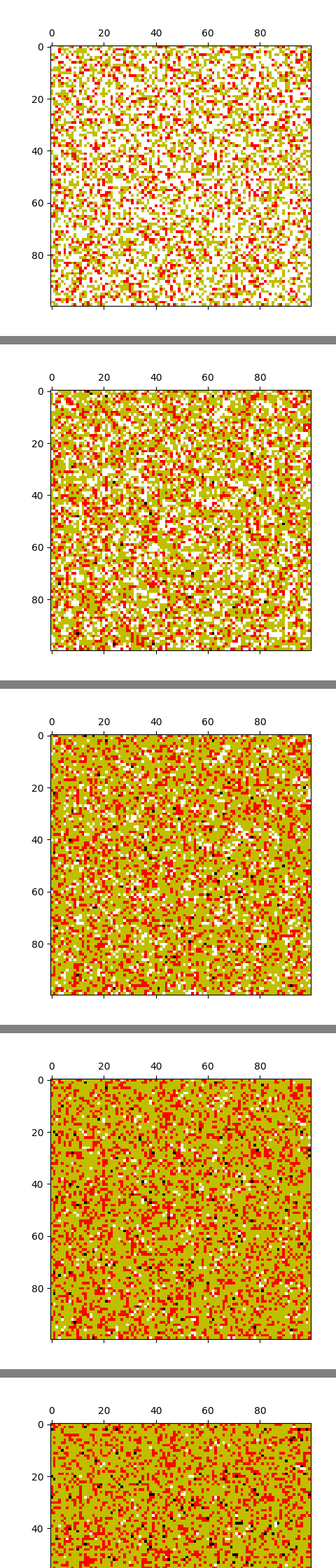
Repository: eduardodut/Trabalho_final_estatistica_cd
Script's output: python src/Simulador.py
The author's editor kept a copy of each file at every save. The script's output is drawn from the files as they stood at one save, then again after a run of saves.
The pictures show rows 0 to 2240 of an output 3924 px tall, at 70% of full size.
Each picture stacks the figures in order, with grey between them; figures that are only written to a file come last. The script is stopped after its 8th figure. Random numbers start from a fixed seed.

Above is the script's output before, as saved 2020-07-12 15:46:25.

### src/Simulador.py
import pandas as pd
import numpy as np
from Matriz_esferica import Matriz_esferica
from Individuo import Individuo, Fabrica_individuo
import random
from itertools import permutations
import matplotlib.pyplot as plt
from matplotlib.colors import ListedColormap
from scipy.sparse import csr_matrix, lil_matrix




class Simulador():
    SADIO = 0
    INFECTADO_TIPO_1 = 1 #assintomáticos e o infectado inicial
    INFECTADO_TIPO_2 = 2 #sintomático
    CURADO = 3
    MORTO = 4

    def __init__(
        self,
        tamanho_matriz,                 #numero de linhas e colunas da matriz esférica
        percentual_inicial_tipo1,       #percentual inicial da população que será infectada tipo 1
        percentual_inicial_tipo2,       #percentual inicial da população que será infectada tipo 2
        chance_infeccao,                #chance que um infectado tipo 2 tem de infectar um indivíduo saudável
        chance_infeccao_tipo2,          #chance de um indivíduo infectado se tornar contagioso
        chance_morte,                   #chance de um indivíduo tipo 2 morrer ao fim de uma atualização
        atualizacoes_cura):             #número de atualizações necessárias para a cura de um indivíduo tipo 1 ou 2

        self.num_atualizacoes = 0
        self.lista_infectados_tipo_2 = []
        self.lista_infectados_tipo_1 = []
        self.num_curados = 0
        self.num_mortos = 0

        self.chance_infeccao = chance_infeccao
        self.chance_infeccao_tipo2 = chance_infeccao_tipo2
        self.chance_morte = chance_morte
        self.atualizacoes_cura = atualizacoes_cura

        self.populacao_inicial = int(tamanho_matriz**2)
        self.num_inicial_tipo2 = int(self.populacao_inicial * percentual_inicial_tipo2)
        self.num_inicial_tipo1 = 1 + int(self.populacao_inicial * percentual_inicial_tipo1)
        self.num_inicial_sadios = self.populacao_inicial - (self.num_inicial_tipo2 + self.num_inicial_tipo1)

        self.matriz_status =lil_matrix((tamanho_matriz, tamanho_matriz),dtype= np.uint8) # np.zeros((tamanho_matriz, tamanho_matriz),dtype= np.uint8)#
        self.matriz_atualizacoes_cura = lil_matrix((tamanho_matriz, tamanho_matriz),dtype= np.uint8)#np.zeros((tamanho_matriz, tamanho_matriz),dtype= np.uint8)#



        #self.matriz_status = self.df_individuos.to_numpy()
        self.popular(tamanho_matriz)

        self.lista_matrizes_status = []


        #objeto que é responsável por validar a movimentação no grid n x n
        self.matriz_esferica = Matriz_esferica(tamanho_matriz)




        dict = {
                'num_sadios':self.num_inicial_sadios,
                'num_infect_t1':self.num_inicial_tipo1,
                'num_infect_t2':self.num_inicial_tipo2,
                'num_curados':0,
                'num_mortos':0}



        #dataframe que guardará os resultados de cada atualização
        self.dataframe = pd.DataFrame(dict,index = [0])
        self.salvar_posicionamento()


    def criar_individuo(self, status, posicao):

        self.matriz_status[posicao[0], posicao[1]] = status
        if status == self.INFECTADO_TIPO_1 or status == self.INFECTADO_TIPO_2:
            self.matriz_atualizacoes_cura[posicao[0], posicao[1]] = self.atualizacoes_cura
        else:
            self.matriz_atualizacoes_cura[posicao[0], posicao[1]] = 0


    def salvar_posicionamento(self):

        self.lista_matrizes_status.append(self.matriz_status)


    def verificar_infeccao(self, lista_infectantes):
        lista_novos_infectados_tipo1 = []
        lista_novos_infectados_tipo2 = []
        #itera sobre sobre a lista de individuos que infectam e cada um realiza a tividade de infectar
        for indice_infectante in lista_infectantes:

            #busca os vizinhos do infectante atual
            lista_vizinhos = self.matriz_esferica.get_vizinhos(indice_infectante)

            #Para cada vizinho, se ele for sadio, é gerado um número aleatório para verificar se foi infectado
            for indice_vizinho in lista_vizinhos:

                #verificação de SADIO
                if self.verifica_status(indice_vizinho) == self.SADIO:
                    #verificação do novo status
                    novo_status = self.infectar(chance_infeccao, chance_infeccao_tipo2)
                    #se for um infectado tipo 1
                    if novo_status == Individuo.INFECTADO_TIPO_1:
                        #adiciona na lista de novos tipo 1
                        lista_novos_infectados_tipo1.append(indice_vizinho)
                    if novo_status == Individuo.INFECTADO_TIPO_2:
                        #adiciona na lista de novos tipo 2
                        lista_novos_infectados_tipo2.append(indice_vizinho)


        return lista_novos_infectados_tipo1, lista_novos_infectados_tipo2

    def checagem_morte_individual(self, chance_morte):
        rng_morte = random.random()
        if rng_morte <= chance_morte:

            return self.MORTO
        else:
            return self.INFECTADO_TIPO_2

    def checar_cura_individual(self, indice):

        self.matriz_atualizacoes_cura[indice[0], indice[1]] = self.matriz_atualizacoes_cura[indice[0], indice[1]] - 1
        if self.matriz_atualizacoes_cura[indice[0], indice[1]] == 0:
            return self.CURADO
        else:
            return self.matriz_status[indice[0], indice[1]]

    def checagem_morte_lista(self, lista_infectantes):
        lista_mortos = []
        for indice_infectante in lista_infectantes:
            novo_status = self.checagem_morte_individual(self.chance_morte)
            if novo_status == Individuo.MORTO:
                lista_mortos.append(indice_infectante)
        return lista_mortos


    def checagem_cura_lista(self, lista_infectantes):
        lista_curados = []
        for indice_infectante in lista_infectantes:
            novo_status = self.checar_cura_individual(indice_infectante)
            if novo_status == Individuo.CURADO:
                lista_curados.append(indice_infectante)

        return lista_curados




    def iterar(self):

        #Verifica os novos infectados por infectantes do tipo 1 e 2
        #print(self.lista_infectados_tipo_1+self.lista_infectados_tipo_2)
        lista_novos_infectados_tipo1, lista_novos_infectados_tipo2 = self.verificar_infeccao(self.lista_infectados_tipo_1+self.lista_infectados_tipo_2)

        for indice in lista_novos_infectados_tipo1:
            self.criar_individuo(self.INFECTADO_TIPO_1, indice)
        for indice in lista_novos_infectados_tipo2:
            self.criar_individuo(self.INFECTADO_TIPO_2, indice)


        #Verifica morte dos infectados tipo 2
        lista_mortos = self.checagem_morte_lista(self.lista_infectados_tipo_2)
        #retira os indices dos individuos mortos da lista de infectados
        self.lista_infectados_tipo_2 = [indice for indice in self.lista_infectados_tipo_2 if indice not in lista_mortos]
        #Instancia individuos mortos na matriz
        for indice in lista_mortos:
            self.criar_individuo(self.MORTO, indice)
        #atualiza o número de mortos na matriz
        #self.num_mortos = self.num_mortos + len(lista_mortos)

        #Verifica cura dos infectados tipo 1
        lista_curados_t1 = self.checagem_cura_lista(self.lista_infectados_tipo_1)

        #Verifica cura dos infectados tipo 2
        lista_curados_t2 = self.checagem_cura_lista(self.lista_infectados_tipo_2 )

        #Instancia individuos mortos na matriz
        for indice in lista_curados_t1+lista_curados_t2:
            self.criar_individuo(self.CURADO, indice)

        #atualiza o número de curados na matriz
        #self.num_curados = self.num_curados + len(lista_curados_t1 + lista_curados_t2)


        #Atualiza a lista de infectados após a cura dos individuos
        self.lista_infectados_tipo_1 = [indice for indice in self.lista_infectados_tipo_1 if indice not in lista_curados_t1]
        self.lista_infectados_tipo_2 = [indice for indice in self.lista_infectados_tipo_2 if indice not in lista_curados_t2]

        #movimentação
        for indice in self.lista_infectados_tipo_1+self.lista_infectados_tipo_2:
            self.mover_infectante(indice)


        self.lista_infectados_tipo_1 = []
        self.lista_infectados_tipo_2 = []
        # matriz_infectantes = self.matriz_status[self.matriz_status > 0]
        # matriz_infectantes = matriz_infectantes[matriz_infectantes < 3]
        indices_nao_sadios = zip(*self.matriz_status.nonzero())
        self.num_curados = 0
        self.num_mortos = 0
        for indice in indices_nao_sadios:

            status = self.matriz_status[indice[0], indice[1]]
            if status == self.INFECTADO_TIPO_1:
                self.lista_infectados_tipo_1.append(indice)
            if status == self.INFECTADO_TIPO_2:
                self.lista_infectados_tipo_2.append(indice)
            if status == self.CURADO:
                self.num_curados +=1
            if status == self.MORTO:
                self.num_mortos +=1



        dict = {'num_sadios': self.populacao_inicial - len(self.lista_infectados_tipo_1) -len(self.lista_infectados_tipo_2) -self.num_curados-self.num_mortos,
                'num_infect_t1': len(self.lista_infectados_tipo_1),
                'num_infect_t2': len(self.lista_infectados_tipo_2),
                'num_curados': self.num_curados,
                'num_mortos': self.num_mortos}

        self.dataframe = self.dataframe.append(dict, ignore_index=True)

        self.salvar_posicionamento()

        #adiciona 1 ao número de atualizações realizadas na matriz
        self.num_atualizacoes +=1

    def infectar(self, chance_infeccao, chance_infeccao_tipo2):
        saida = Individuo.SADIO

        #número aleatório para chance de infectar o vizinho
        rng_infeccao = random.random()
        if rng_infeccao <= chance_infeccao:
            #número aleatório para chance de infecção tipo 1 ou 2
            rng_infeccao_tipo2 = random.random()
            if rng_infeccao_tipo2 <= chance_infeccao_tipo2:
                saida = Individuo.INFECTADO_TIPO_2
            else:
                saida = Individuo.INFECTADO_TIPO_1
        return saida

    def popular(self, tamanho_matriz):

        #lista de possíveis combinações de índices da matriz de dados
        permutacoes = permutations(list(range(tamanho_matriz)),2)
        #conversão para lista de tuplas(x,y)
        lista_indices = list(permutacoes)
        #embaralhamento dos índices
        random.shuffle(lista_indices)

        #cria o primeiro tipo1:
        indice = lista_indices.pop()
        self.criar_individuo(Individuo.INFECTADO_TIPO_1, indice)
        self.lista_infectados_tipo_1.append(indice)
        #cria o restante dos tipos 1
        for i in range(self.num_inicial_tipo1-1):
            indice = lista_indices.pop()
            self.criar_individuo(Individuo.INFECTADO_TIPO_1,indice)
            self.lista_infectados_tipo_1.append(indice)
        #cria o restante dos tipo 2:
        for indice in range(self.num_inicial_tipo2):
            indice = lista_indices.pop()
            self.criar_individuo(Individuo.INFECTADO_TIPO_2,indice)
            self.lista_infectados_tipo_2.append(indice)

    def trocar(self,matriz,ponto_ini,ponto_final):
        x_ini = ponto_ini[0]
        y_ini = ponto_ini[1]
        x_fin = ponto_final[0]
        y_fin = ponto_final[1]

        aux = matriz[x_fin,y_fin]
        matriz[x_fin,y_fin] = matriz[x_ini,y_ini]
        matriz[x_ini,y_ini] = aux


    def verifica_status(self, indice):
        return self.matriz_status[indice[0], indice[1]]

    def mover_infectante(self, posicao_inicial):
        pos_x, pos_y = posicao_inicial[0], posicao_inicial[1]
        rng_posicao = random.random()
        if rng_posicao <=0.25:
            #move pra cima
            pos_x -= 1
        elif rng_posicao <=0.5:
            #move pra baixo
            pos_x += 1
        elif rng_posicao <=0.75:
            #move para esquerda
            pos_y -= 1
        else:
            #move para direita
            pos_y += 1

        posicao_final= self.matriz_esferica.valida_ponto_matriz(pos_x, pos_y)


        self.trocar(self.matriz_status, posicao_inicial, posicao_final)
        self.trocar(self.matriz_atualizacoes_cura, posicao_inicial, posicao_final)
        return posicao_final






chance_infeccao = 0.3
chance_infeccao_tipo2 = 0.2
chance_morte = 0.02
atualizacoes_cura = 10
percentual_inicial_tipo1 = random.random()
percentual_inicial_tipo2 = random.random()
print("% inicial t1: ",percentual_inicial_tipo1)
print("% inicial t2: ",percentual_inicial_tipo2)

sim = Simulador(
    100,
    percentual_inicial_tipo1,
    percentual_inicial_tipo2,
    chance_infeccao,
    chance_infeccao_tipo2,
    chance_morte,atualizacoes_cura)

#print(sim.lista_matrizes_posicionamento[0])
#print(sim.lista_infectados_tipo_2)
#print(sim.lista_infectados_tipo_1)
cmap = ListedColormap(['w', 'y', 'r', 'blue', 'black'])


while (sim.dataframe.iloc[-1]['num_infect_t1']+sim.dataframe.iloc[-1]['num_infect_t2']) > 0:
    plt.matshow(sim.matriz_status.toarray(), cmap = cmap, vmin= 0, vmax = 4)
 #   print(sim.dataframe.iloc[-1])
    sim.iterar()
    #print(sim.dataframe.iloc[-1])
    #print("xxxxxxxxxxxxxxxxxTipo: ",type(sim.lista_matrizes_posicionamento[len(sim.lista_matrizes_posicionamento)-1].toarray()))
plt.matshow(sim.matriz_status.toarray(), cmap = cmap, vmin= 0, vmax = 4)
print(sim.dataframe)
plt.show()
# for i in range(30):
#     #plt.matshow(sim.lista_matrizes_status[i].toarray(), cmap = cmap, vmin= 0, vmax = 4)
#     sim.iterar()
# print(sim.dataframe)
# plt.show()

### src/Matriz_esferica.py

import random

class Matriz_esferica():

    def __init__(self, tamanho):
        self.tamanho = tamanho

    def get_vizinho_esquerda(self, indice_x: int, indice_y: int):
        return self.checa_limite_matriz(indice_x), self.checa_limite_matriz(indice_y -1)

    def get_vizinho_direita(self, indice_x: int, indice_y: int):
        return self.checa_limite_matriz(indice_x), self.checa_limite_matriz(indice_y + 1)

    def get_vizinho_cima(self, indice_x: int, indice_y: int):
        return self.checa_limite_matriz(indice_x - 1), self.checa_limite_matriz(indice_y)

    def get_vizinho_baixo(self, indice_x: int, indice_y: int):
        return self.checa_limite_matriz(indice_x + 1), self.checa_limite_matriz(indice_y)

    def get_vizinhos(self, indice):
        indice_x = indice[0]
        indice_y = indice[1]
        return self.get_vizinho_cima(indice_x,indice_y), self.get_vizinho_baixo(indice_x,indice_y),  self.get_vizinho_esquerda(indice_x,indice_y), self.get_vizinho_direita(indice_x,indice_y)

    def checa_limite_matriz(self, indice):

        if indice < 0:
            return self.tamanho + indice
        elif indice > self.tamanho - 1:
            return indice - self.tamanho
        else:
            return indice

    def valida_ponto_matriz(self, indice_x: int, indice_y: int):

        return self.checa_limite_matriz(indice_x), self.checa_limite_matriz(indice_y)

    #devolve um ponto aleatório vizinho da matriz a partir do ponto especificado em uma das 8 direções
    def passo(self, indice_x: int, indice_y: int, tamanho_max_passo: int):

        passo_x = tamanho_max_passo if random.random() >=0.5 else -tamanho_max_passo
        passo_y = tamanho_max_passo if random.random() >=0.5 else -tamanho_max_passo
        return self.checa_limite_matriz(indice_x + passo_x), self.checa_limite_matriz(indice_y + passo_y)

### src/Individuo.py
import random

class Individuo():

    SADIO = 0
    INFECTADO_TIPO_1 = 1 #assintomáticos e o infectado inicial
    INFECTADO_TIPO_2 = 2 #sintomático
    CURADO = 3
    MORTO = 4

    def __init__(
        self,
        status,
        atualizacoes_cura,
        posicao):

        self.status = status
        self.atualizacoes_cura = atualizacoes_cura
        self.posicao = posicao
    # def __repr__(self):
    #     return  str(self.status)




    def infectar(self, chance_infeccao, chance_infeccao_tipo2):
        saida = Individuo.SADIO
        if (self.status == Individuo.INFECTADO_TIPO_2 or self.status == Individuo.INFECTADO_TIPO_1):
            #número aleatório para chance de infectar o vizinho
            rng_infeccao = random.random()
            if rng_infeccao <= chance_infeccao:
                #número aleatório para chance de infecção tipo 1 ou 2
                rng_infeccao_tipo2 = random.random()
                if rng_infeccao_tipo2 <= chance_infeccao_tipo2:
                    saida = Individuo.INFECTADO_TIPO_2
                else:
                    saida = Individuo.INFECTADO_TIPO_1



        return saida

    def checagem_morte(self, chance_morte):

        if self.status == Individuo.INFECTADO_TIPO_2:
            rng_morte = random.random()
            if rng_morte <= chance_morte:
                self.status = Individuo.MORTO
                return self.status

        return self.checagem_cura()

    def checagem_cura(self):
        if self.status == Individuo.INFECTADO_TIPO_2 or self.status == Individuo.INFECTADO_TIPO_1:
            self.atualizacoes_cura = self.atualizacoes_cura - 1

            if self.atualizacoes_cura == 0:
                self.status = Individuo.CURADO

        return self.status



class Fabrica_individuo():

    def __init__(
        self,
        atualizacoes_cura):             #número de atualizações necessárias para a cura de um indivíduo tipo 1 ou 2

        self.atualizacoes_cura = atualizacoes_cura

    def criar_individuo(self, status_inicial, posicao):

        return Individuo(
            status_inicial,
            self.atualizacoes_cura,
            posicao)

After the next 2 saves:
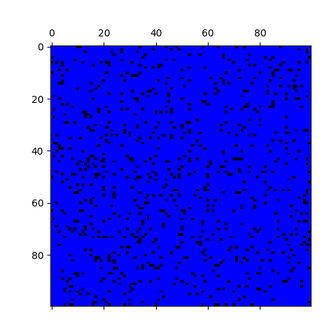
The 2 saves are shown as one change because 1 did not build or start.
The last was saved 8 min 45 s later.
--- a/src/Simulador.py
+++ b/src/Simulador.py
@@ -310,14 +310,15 @@ class Simulador():
 
 
 
-
+proporcao_inicial_infectados = random.random()
+proporcao_t1 = random.random()
 
 chance_infeccao = 0.3
 chance_infeccao_tipo2 = 0.2
 chance_morte = 0.02
 atualizacoes_cura = 10
-percentual_inicial_tipo1 = random.random()
-percentual_inicial_tipo2 = random.random()
+percentual_inicial_tipo1 = proporcao_t1*proporcao_inicial_infectados
+percentual_inicial_tipo2 = (1-proporcao_t1)*proporcao_inicial_infectados
 print("% inicial t1: ",percentual_inicial_tipo1)
 print("% inicial t2: ",percentual_inicial_tipo2)
 
@@ -336,7 +337,7 @@ cmap = ListedColormap(['w', 'y', 'r', 'blue', 'black'])
 
 
 while (sim.dataframe.iloc[-1]['num_infect_t1']+sim.dataframe.iloc[-1]['num_infect_t2']) > 0:
-    plt.matshow(sim.matriz_status.toarray(), cmap = cmap, vmin= 0, vmax = 4)
+    #plt.matshow(sim.matriz_status.toarray(), cmap = cmap, vmin= 0, vmax = 4)
  #   print(sim.dataframe.iloc[-1])
     sim.iterar()
     #print(sim.dataframe.iloc[-1])
